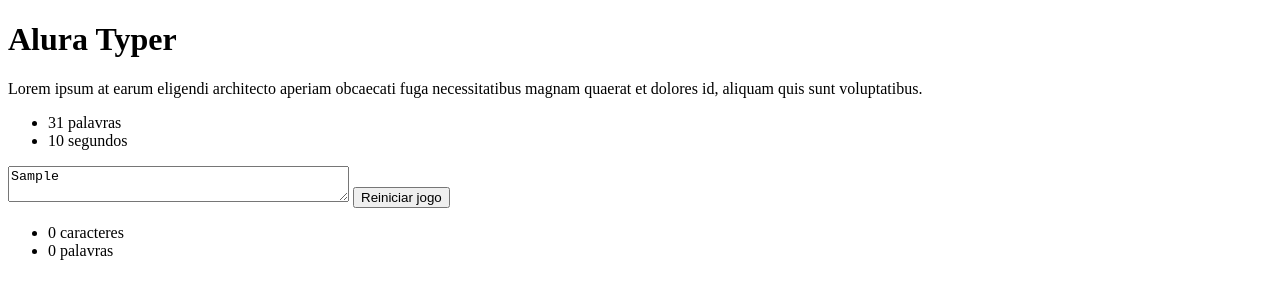
Repository: 2001mariana/jogo-digitacao-jquery
Page: public/principal.html
An editor plug-in stored every save of this project. The page is shown before and after the next save, followed by the edit.
The browser window is 1280 px wide. The pictures show the whole page.
Empty fields were first filled with sample values (such as "Sample", 5 or name@example.com).
After loading, the first visible `#botao--reiniciar` was clicked once.

Above is the page before, as saved 2022-10-20 14:39:59.

After the next save:
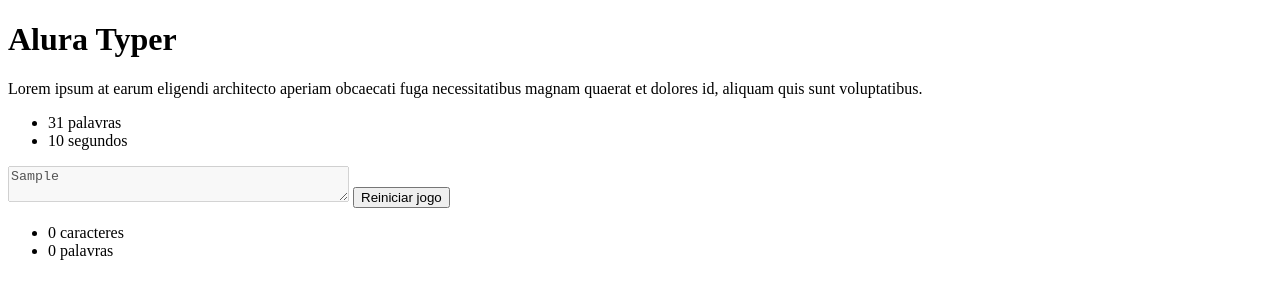
Saved 21 s later.
--- a/public/js/main.js
+++ b/public/js/main.js
@@ -29,6 +29,7 @@
 var botaoReiniciar = $("#botao--reiniciar");
 botaoReiniciar.on("click", function() {
     $("#tempo--digitacao").text(10);
+    campo.attr("disabled", true);
 })
 
 console.log(botaoReiniciar);

After the save that followed:
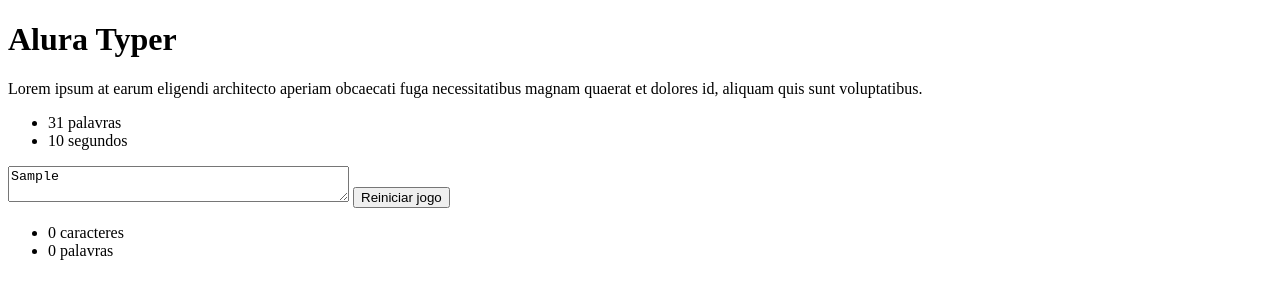
Saved 4 s later.
--- a/public/js/main.js
+++ b/public/js/main.js
@@ -29,7 +29,7 @@
 var botaoReiniciar = $("#botao--reiniciar");
 botaoReiniciar.on("click", function() {
     $("#tempo--digitacao").text(10);
-    campo.attr("disabled", true);
+    campo.attr("disabled", false);
 })
 
 console.log(botaoReiniciar);
